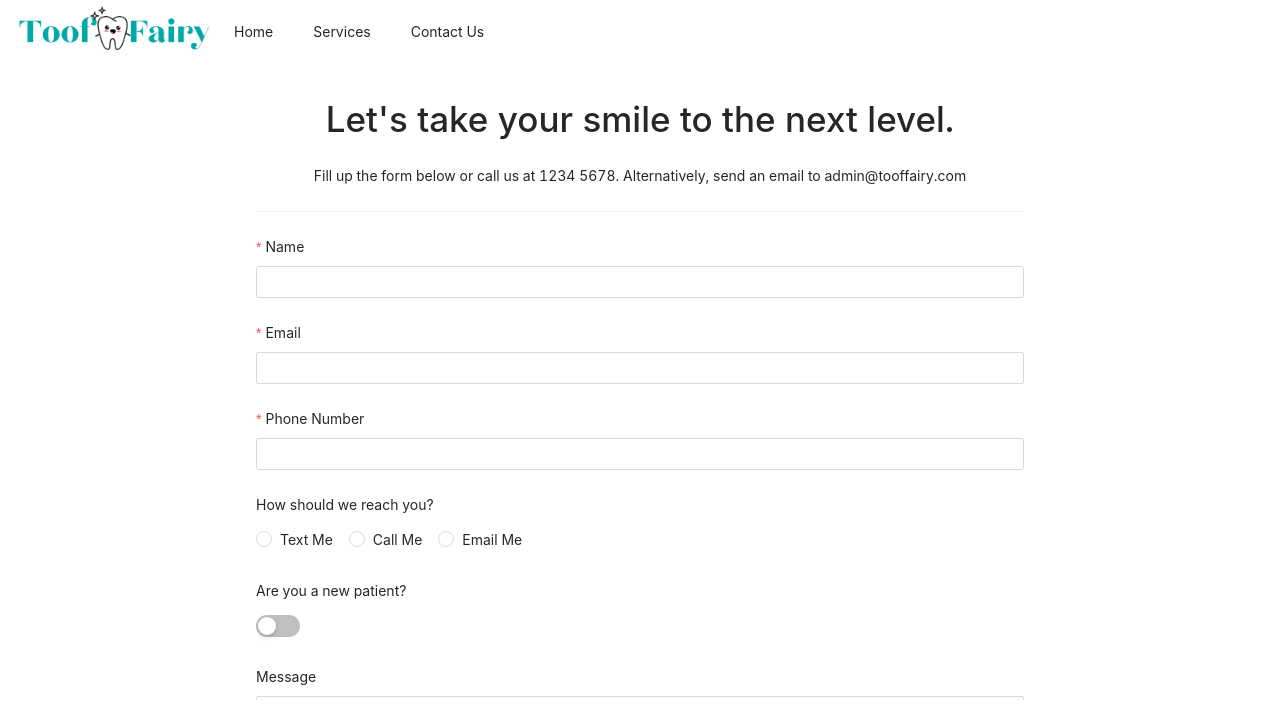
Repository: neldad1/dentist-app
Page: /contact
An editor plug-in stored every save of this project. The page is shown before and after the next save, followed by the edit.
The browser window is 1280 px wide. The pictures show the whole page.
An inner scrolling area shows only its first screen. The project was rebuilt for these pictures with package versions that can differ from the ones it lists, and the page was loaded fresh each time. Also part of the build but not shown: src/components/Home.jsx, src/components/Services/ToofImg.jsx, src/components/Services/Cosmetic.jsx, src/components/Services/Restorative.jsx, src/components/Services/Preventative.jsx.

Above is the page before, as saved 2022-03-10 14:01:17.

After the next save:
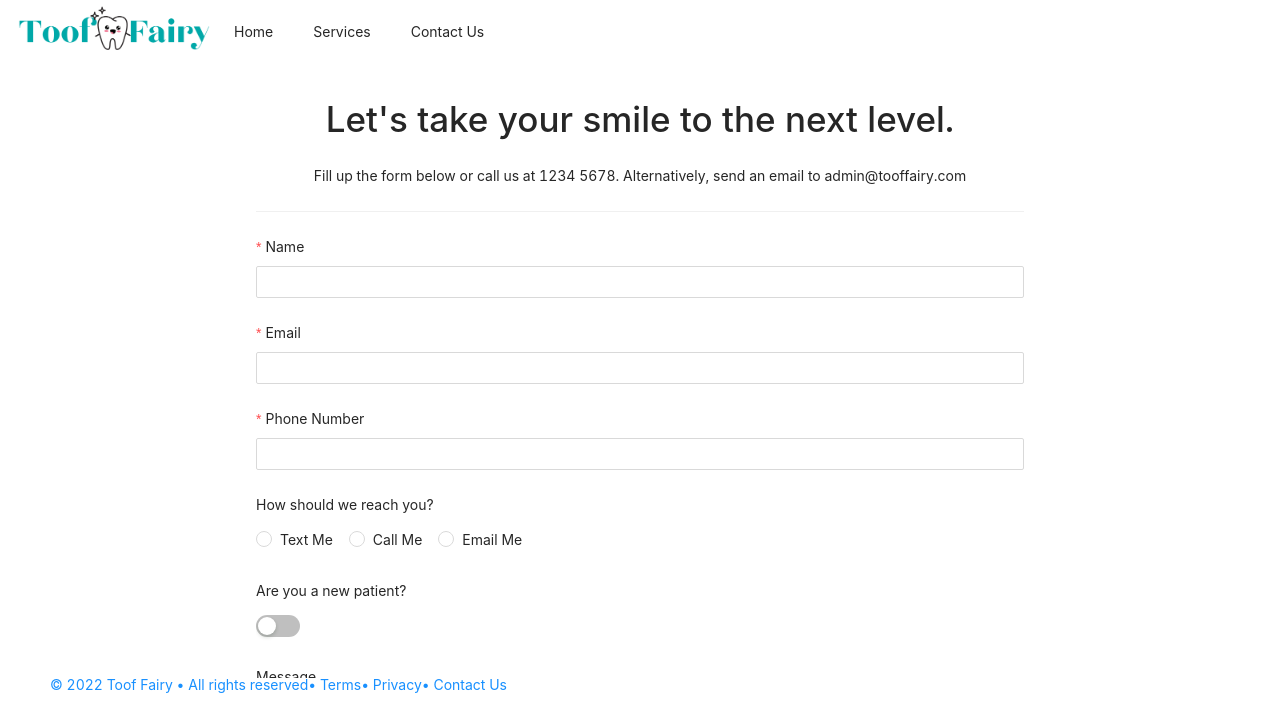
Saved 2 min 33 s later.
--- a/src/App.js
+++ b/src/App.js
@@ -21,9 +21,10 @@ function App() {
           <AppRoutes />
         </Content>
         <Footer className="footer">
-          <Link to="/rights" />
-          <Link to="/terms" />
-          <Link to="/privacy" />
+          <Link to="/rights">© 2022 Toof Fairy • All rights reserved </Link>
+          <Link to="/terms">• Terms </Link>
+          <Link to="/privacy">• Privacy </Link>
+          <Link to="/contact">• Contact Us </Link>
         </Footer>
       </Layout>
     </BrowserRouter>
